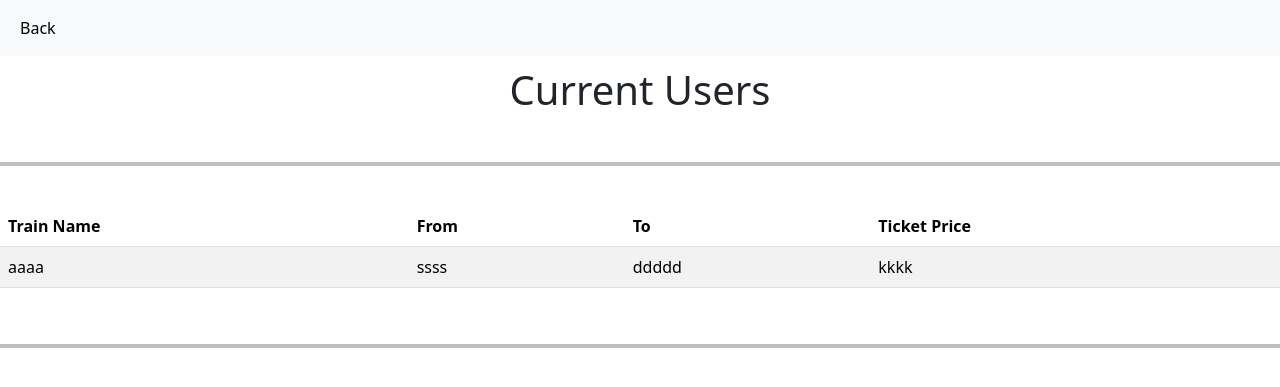
Repository: SachinUthpala/Railway-Reservation
Page: http://localhost/Railway/Curent_sv
The author's editor kept a copy of each file at every save. The page is drawn from the files as they stood at one save, then again after the next save.
The browser window is 1280 px wide. The pictures show the whole page.
The page is served by Tomcat 9. Queries for data that is not in the repository find no rows.

Above is the page before, as saved 2023-05-19 18:59:15.

After the next save:
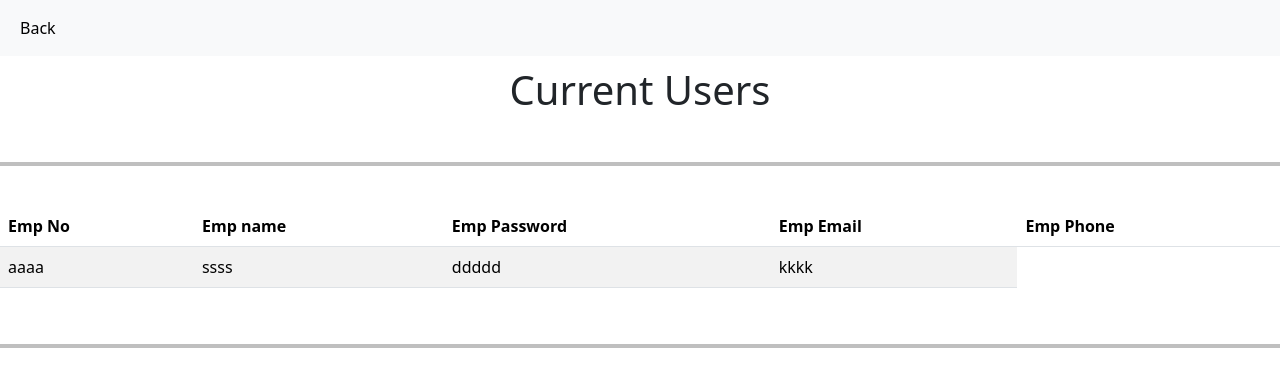
Saved 2 min 15 s later.
--- a/Railway/src/main/webapp/Admin/updateAdmin/CurrentAdmins.jsp
+++ b/Railway/src/main/webapp/Admin/updateAdmin/CurrentAdmins.jsp
@@ -33,14 +33,16 @@
   <hr style="border: 2px solid #000000;">
   <br>
 
+  <% ArrayList allres = (ArrayList)request.getAttribute("current_emp"); %>
 
   <table class="table table-striped table-hover">
   <thead>
     <tr>
-      <th scope="col">Train Name</th>
-      <th scope="col">From</th>
-      <th scope="col">To</th>
-      <th scope="col">Ticket Price</th>
+      <th scope="col">Emp No</th>
+      <th scope="col">Emp name</th>
+      <th scope="col">Emp Password</th>
+      <th scope="col">Emp Email</th>
+      <th scope="col">Emp Phone</th>
     </tr>
   </thead>
   <tbody>
